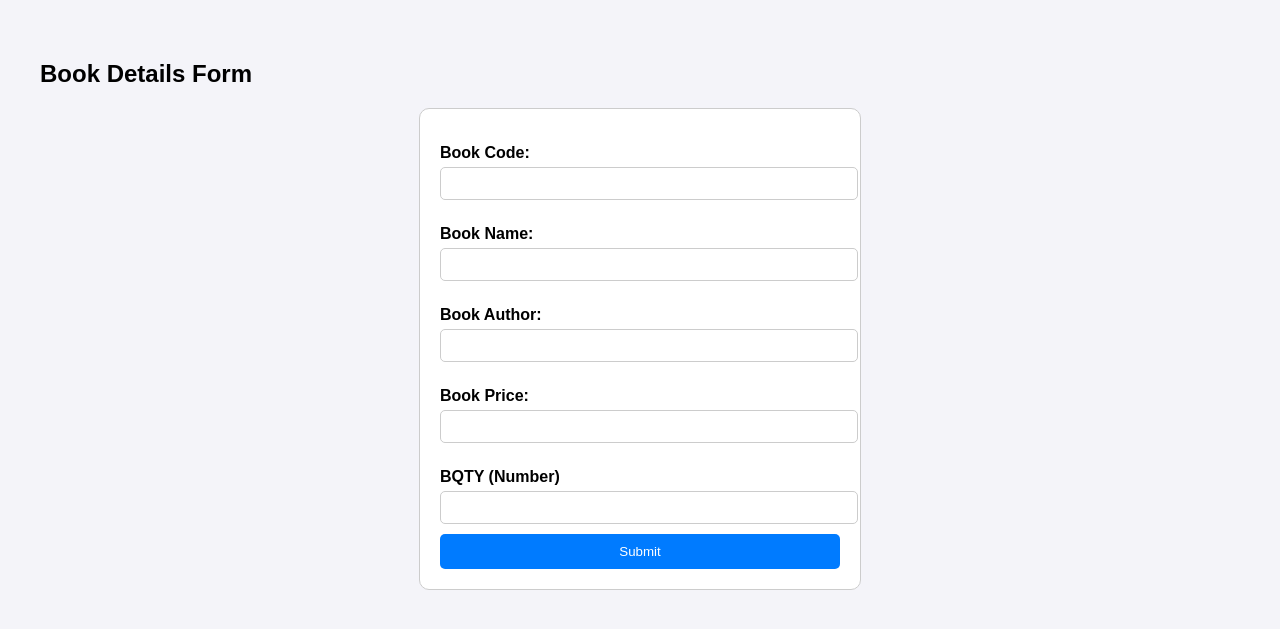
Repository: GokulLade/WebApps_with_Servlets_JSP
Page: 02_ReadDisplayBookDetails/src/main/webapp/index.html
An editor plug-in stored every save of this project. The page is shown before and after the next save, followed by the edit.
The browser window is 1280 px wide. The pictures show the whole page.

Above is the page before, as saved 2024-11-30 11:01:49.

After the next save:
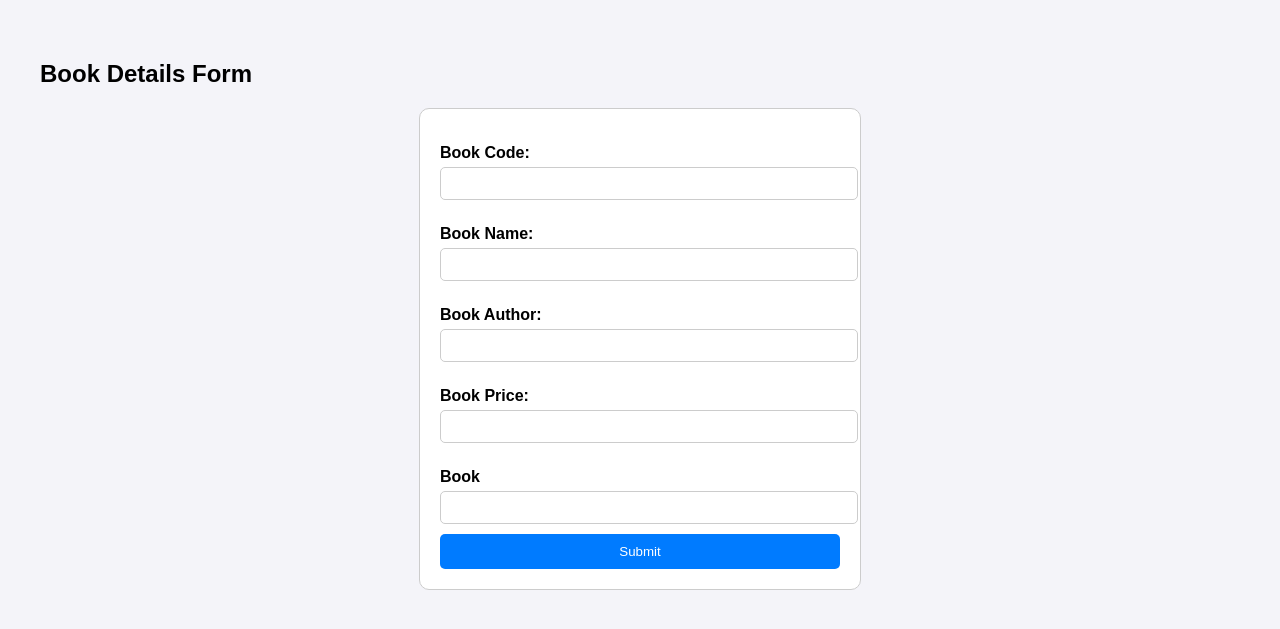
Saved 5 s later.
--- a/02_ReadDisplayBookDetails/src/main/webapp/index.html
+++ b/02_ReadDisplayBookDetails/src/main/webapp/index.html
@@ -61,7 +61,7 @@
         <label for="bprice">Book Price: </label>
         <input type="number" id="bprice" name="bprice" step="0.01" required>
 
-        <label for="bqty">BQTY (Number)</label>
+        <label for="bqty">Book</label>
         <input type="number" id="bqty" name="bqty" required>
 
         <input type="submit" value="Submit">
